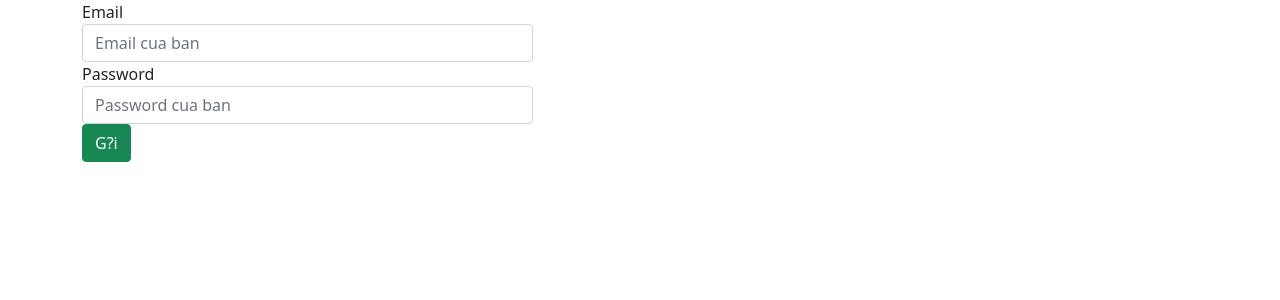
Repository: kiennd3921/AssJava4
Page: http://localhost/Assignment/view/auth/Login.jsp
An editor plug-in stored every save of this project. The page is shown before and after the next save, followed by the edit.
The browser window is 1280 px wide. The pictures show the whole page.
The page is served by Tomcat 9.

Above is the page before, as saved 2021-04-13 14:52:31.

After the next save:
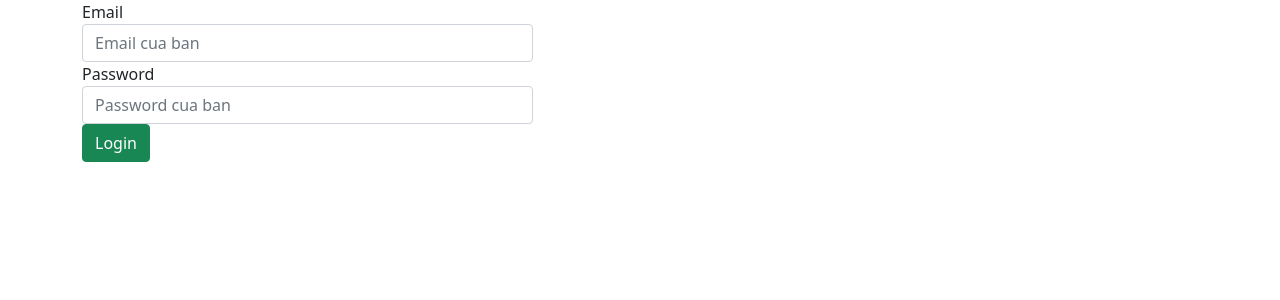
Saved 18 s later.
--- a/PT15307-UD/Assignment/WebContent/view/auth/Login.jsp
+++ b/PT15307-UD/Assignment/WebContent/view/auth/Login.jsp
@@ -34,7 +34,7 @@
 						</div>
 					</div>
 					<div class="form-group">
-						<button class="btn btn-success" type="submit">Gửi</button>
+						<button class="btn btn-success" type="submit">Login</button>
 					</div>
 				</form>
 			</div>
